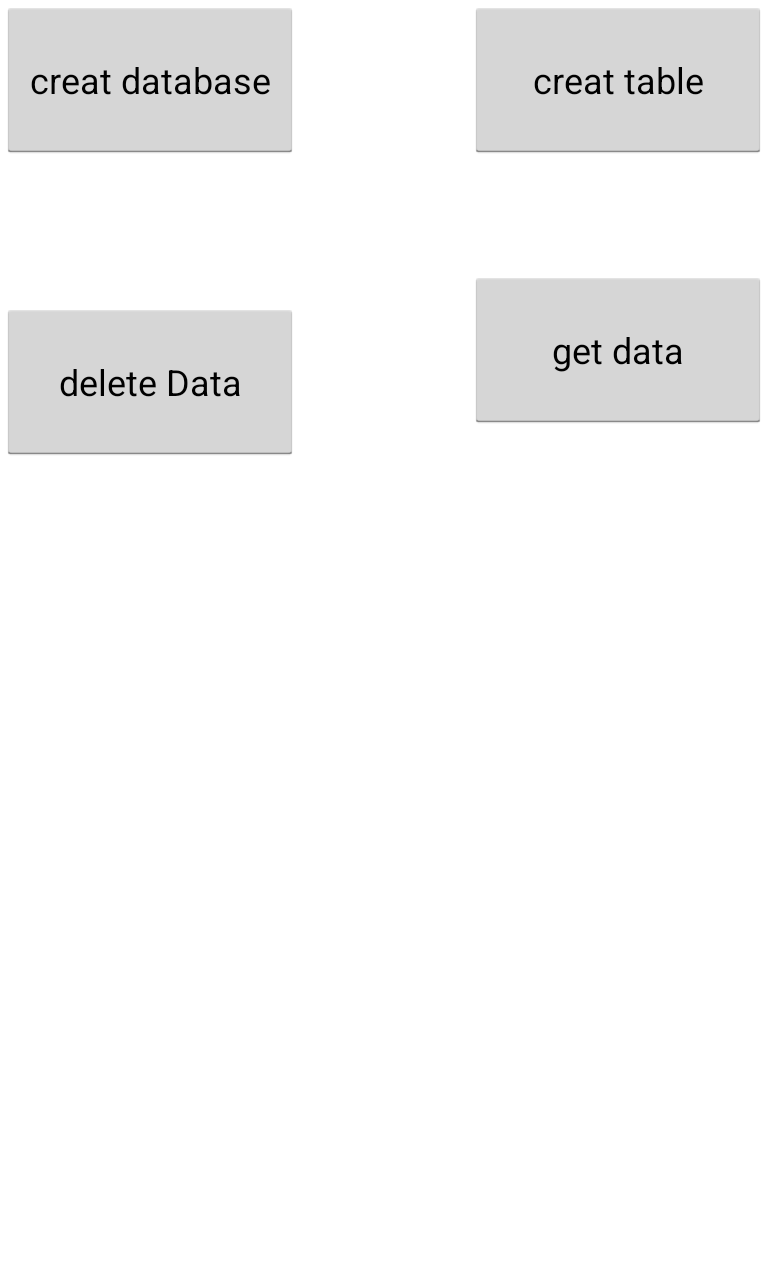
Repository: GuardLDW/HERO
Layout: GuardLDW/res/layout/db.xml
These files come from the project's save history. The layout is drawn as it stood at one moment and after the next save; the edit follows.
It is drawn on a 768 x 1280 px phone screen (xhdpi) without system bars, with theme AppTheme; the app's code is not run.

Above is the layout before, as saved 2016-11-03 07:48:49.

After the next save:
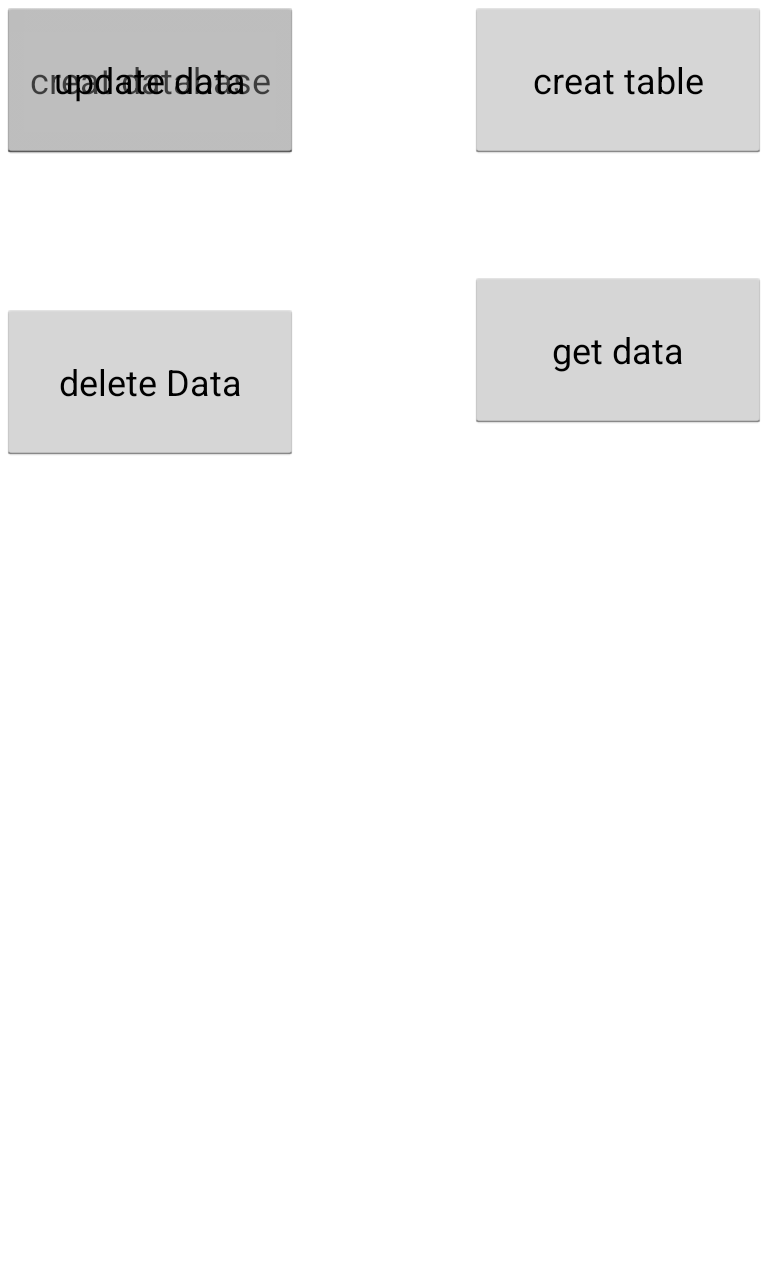
Saved 39 s later.
--- a/GuardLDW/res/layout/db.xml
+++ b/GuardLDW/res/layout/db.xml
@@ -38,4 +38,13 @@
             android:layout_alignParentLeft="true"
             android:text="delete Data" />
 
+        <Button
+        android:id="@+id/button_updateData"
+        android:layout_width = "150dp"
+        android:layout_height = "80dp"
+        android:text="update data">
+
+    </Button>
+
+
     </RelativeLayout>
